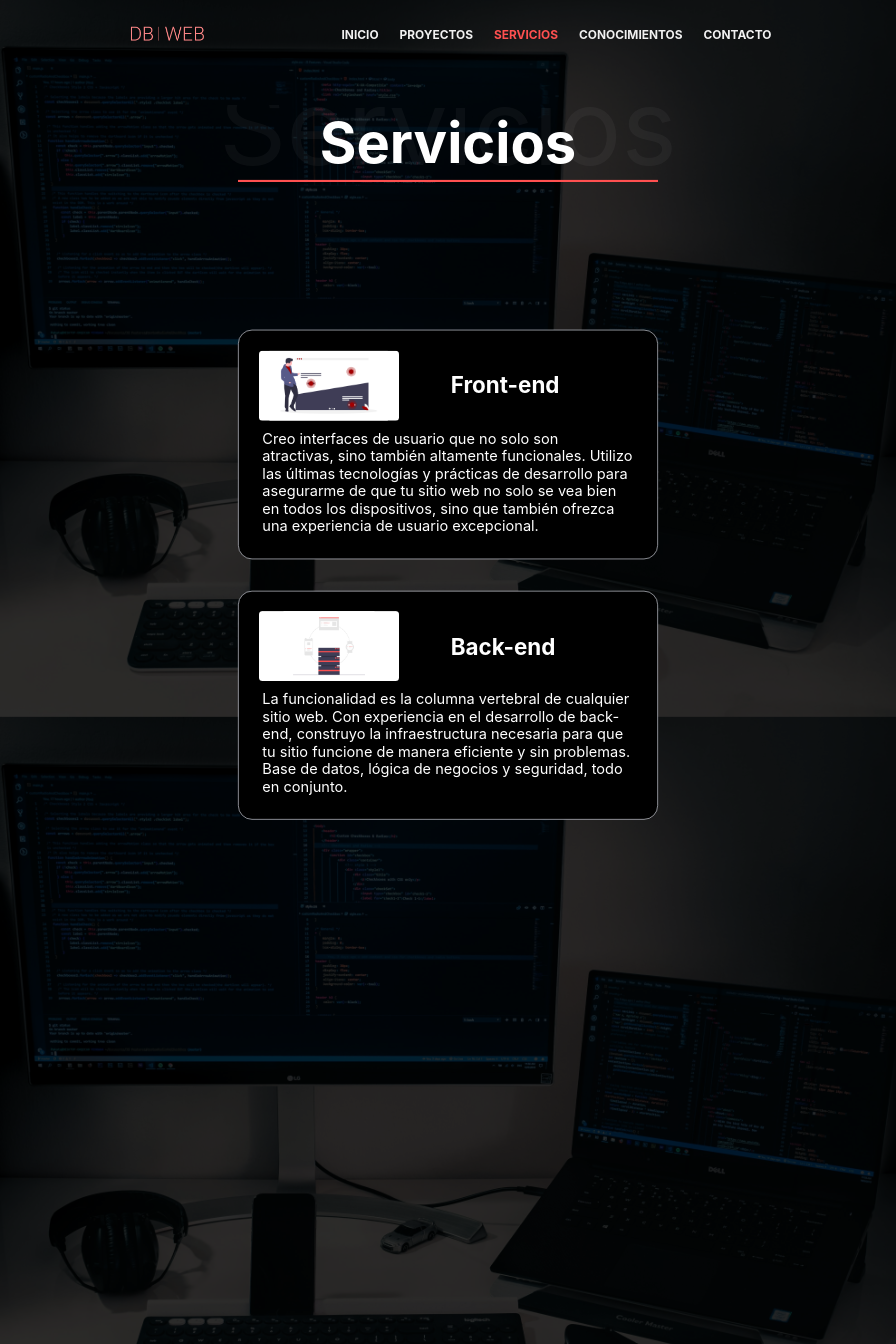
Repository: DamianBermudez94/DB-Porfolio
Page: /servicios
These files come from the project's save history. The page is drawn as it stood at one moment and after the next save; the edit follows.
The browser window is 1280 px wide. The pictures show the part of the page from y = 0 to 1920 px (the page is 2901 px tall before and 720 px after), at 70% of full size.
Backgrounds fixed to the window are drawn as part of the page. Some web libraries are served in a nearby version. The project was rebuilt for these pictures with package versions that can differ from the ones it lists, and the page was loaded fresh each time. Also part of the build but not shown: vite.config.js, src/components/TextoCustom/styles.css, src/components/TextoCustom/CustomText.jsx, src/components/Home/styles.css, src/components/Home/Home.jsx, src/pages/Inicio.jsx, src/components/Conocimientos/styles.css, src/components/Conocimientos/Conocimientos.jsx and 8 more.

Above is the page before, as saved 2024-04-02 09:28:29.

### index.html
<!DOCTYPE html>
<html lang="es">
  <head>
    <meta charset="utf-8" />
    <meta name="viewport" content="width=device-width, initial-scale=1" />
    <meta name="geo.position" content="-35.1853171; -59.1479442" />
    <link
      rel="icon"
      type="image/png"
      sizes="32x32"
      href="./public/image/icons-favicon-DB.png"
    />
    <link
      rel="apple-touch-icon"
      type="image/png"
      sizes="32x32"
      href="./public/image/icons-favicon-DB.png"
    />

    <link rel="manifest" href="./src/manifiesto.json" />
    <title>Damián Bermúdez - Developer</title>
    <meta name="author" content="Damián Bermúdez" />
    <meta
      name="description"
      content="Desarrollador Web Full Stack - Diseñador Web - Paginás Web - Damián Bermúdez"
    />
    <meta name="theme-color" content="#000000" />
    <!--Estilos-->
    <script
      src="https://kit.fontawesome.com/bdbed0aafa.js"
      crossorigin="anonymous"
    ></script>
    <link rel="preconnect" href="https://fonts.gstatic.com" />
    <link rel="preconnect" href="https://fonts.gstatic.com" />
    <link rel="preconnect" href="https://fonts.gstatic.com" />
    <link rel="preconnect" href="https://fonts.gstatic.com" />
    <link
      href="https://fonts.googleapis.com/css2?family=Raleway:wght@200;300&family=Roboto:wght@100;300&display=swap"
      rel="stylesheet"
    />
  </head>
  <body>
    <div id="root"></div>
    <script type="module" defer src="/src/main.jsx"></script>
  </body>
</html>

### src/main.jsx
import ReactDOM from "react-dom/client";

import App from "./App";
import "./index.css";
const root = ReactDOM.createRoot(document.getElementById("root"));
root.render(<App />);

### src/App.jsx
import { useState, useEffect } from "react";
import { MisRutas } from "./routers/MisRutas";
import { BrowserRouter } from "react-router-dom";
import backgroundImage from "../public/image/banner-parallax2.jpg";
import "./App.css";
function App() {
  const [scrollPosition, setScrollPosition] = useState(0);

  useEffect(() => {
    const handleScroll = () => {
      setScrollPosition(window.pageYOffset);
    };

    window.addEventListener("scroll", handleScroll);

    return () => {
      window.removeEventListener("scroll", handleScroll);
    };
  }, []);

  return (
    <main className="content-main parallax-container">
      <div
        className="parallax-background"
        style={{
          backgroundImage: `url(${backgroundImage})`,
          backgroundPositionY: scrollPosition / 2 + "px",
        }}
      />
      <div className="parallax-content">
        <BrowserRouter>
          <MisRutas />
        </BrowserRouter>
      </div>
    </main>
  );
}

export default App;

### src/index.css
* {
  margin: 0;
  padding: 0;
  box-sizing: border-box;
}
body {
  font-family: -apple-system, BlinkMacSystemFont, "Segoe UI", "Roboto", "Oxygen",
    "Ubuntu", "Cantarell", "Fira Sans", "Droid Sans", "Helvetica Neue",
    sans-serif;
  -webkit-font-smoothing: antialiased;
  -moz-osx-font-smoothing: grayscale;
}

### src/routers/MisRutas.jsx
import {Routes, Route } from "react-router-dom";

import { Inicio } from "../pages/Inicio";
import { Servicios } from "../pages/Servicios";
import { AcerdaDe } from "../pages/AcerdaDe";
import { Contacto } from "../pages/contacto";
import { Proyectos } from "../pages/Proyecto";
import { Error } from "../components/Error";
import { NavHeader } from "../components/header/NavHeader";
import { Footer } from "../components/Footer/Footer";

export const MisRutas = () => {
  return (
    <div className="layout">
      {/*Header y navegacion*/}
      <NavHeader />
      {/*Contenido general*/}

      <Routes>
        <Route path="/" element={<Inicio />} />
        <Route path="/inicio" element={<Inicio />} />
        <Route path="/servicios" element={<Servicios />} />
        <Route path="/conocimientos" element={<AcerdaDe />} />
        <Route path="/contacto" element={<Contacto />} />
        <Route path="/proyecto" element={<Proyectos />} />
        <Route path="*" element={<Error />} />
      </Routes>

      {/* Footer*/}
      <Footer />
    </div>
  );
};

### src/App.css
.parallax-container {
  position: relative;
  overflow: hidden;
  color: #fff;


}
.parallax-background {
  position: absolute;
  top: 0;
  left: 0;
  width: 100%;
  height: 100%;
  background-size: cover;
  background-position: center;
  background-attachment: fixed;

}
.parallax-content {
 /* Agregamos una transición para suavizar la animación */
  padding-top: 150px;
  background-color: rgba(0, 0, 0, 0.8);
  position: relative;
  z-index: 1; /* Asegura que el contenido esté sobre la imagen de fondo */
}

### src/pages/Servicios.jsx
import { Service } from "../components/Servicios/Service";

export const Servicios = () => {
  return (
    <section>
      <Service />
    </section>
  );
};

### src/components/header/NavHeader.jsx
import { useState, useEffect } from "react";
import { NavLink } from "react-router-dom";
import "./NavHeader.css";
import BurguerButton from "./burgerButton";

export const NavHeader = () => {
  const [clicked, setClicked] = useState(false);
  const [scrolled, setScrolled] = useState(false);
  const handleClick = () => {
    //cuando esta true lo pasa a false y vice versa
    setClicked(!clicked);
  };
  useEffect(() => {
    const handleScroll = () => {
      if (window.scrollY > 50) {
        setScrolled(true);
      } else {
        setScrolled(false);
      }
    };

    window.addEventListener("scroll", handleScroll);

    // Limpiar el event listener en el desmontaje del componente
    return () => {
      window.removeEventListener("scroll", handleScroll);
    };
  }, []);

  return (
    <header className={`header ${scrolled ? "scrolled" : ""}`}>
      <div className="nav-content">
        <div className="logo">
          <NavLink to="/inicio">
            <img
              src={"/image/Logo-DB.png"}
              alt="Damian Bermudez desarrollador web"
            ></img>
          </NavLink>
        </div>

        <BurguerButton
          className="btn-menu"
          clicked={clicked}
          handleClick={handleClick}
        />
        <nav className={`menu ${clicked ? "active" : ""}`}>
          <ul>
            <li>
              <NavLink
                to="/inicio"
                onClick={handleClick}
                className={({ isActive }) => (isActive ? "active" : "")}
              >
                Inicio
              </NavLink>
            </li>
            <li>
              <NavLink
                to="/proyecto"
                onClick={handleClick}
                className={({ isActive }) => (isActive ? "active" : "")}
              >
                proyectos
              </NavLink>
            </li>
            <li>
              <NavLink
                to="/servicios"
                onClick={handleClick}
                className={({ isActive }) => (isActive ? "active" : "")}
              >
                servicios
              </NavLink>
            </li>
            <li>
              <NavLink
                to="/conocimientos"
                onClick={handleClick}
                className={({ isActive }) => (isActive ? "active" : "")}
              >
                conocimientos
              </NavLink>
            </li>
            <li>
              <NavLink
                to="/contacto"
                onClick={handleClick}
                className={({ isActive }) => (isActive ? "active" : "")}
              >
                contacto
              </NavLink>
            </li>
          </ul>
        </nav>
      </div>
    </header>
  );
};

### src/components/Footer/Footer.jsx

import './Footer.css'
export const Footer = () => {
  return (
    <footer className="footer">
      <div className="contenedor-footer container">
          <div className="footer-redes__sociales">
              <a href="https://www.facebook.com" className="link-redes_sociales" ><i className="fab fa-facebook facebook"></i></a>
              <a href="https://www.instagram.com" className="link-redes_sociales" ><i className="fab fa-instagram instagran"></i></a>
              <a href="https://www.linkedin.com" className="link-redes_sociales" ><i className="fab fa-linkedin linkedin"></i></a>
              <a href="https:/www.github.com" className="link-redes_sociales" ><i className="fab fa-github-square github"></i></a>
          </div>
          <hr className='footer-linea__separacion' />
          <div className="footer-text">
              <p className="title-copy">Hecho por<a className="title-footer" href="https://damianbermudezdev.es/">DB|WEB</a></p>
          </div>
      </div>
    </footer>
  )
}

### src/components/header/NavHeader.css
.header {
  height: 80px;
  width: 100%;
  max-width: 1200px;
  display: flex;
  justify-content: space-around;
  align-items: center;
  position: fixed;
  top: 0;
  right: 0;
  left: 0;
  z-index: 1000;
  padding: 50px 20px;
margin: 0 auto;
  transition: background-color 0.5s ease;
}

/* Cambiar el fondo al hacer scroll */
.header.scrolled {
  background-color: rgba(83, 83, 83, 0.9);
  border-radius: 10px;
  display: flex;
  justify-content: center;
  align-items: center;
  position: fixed;

  margin: 0 auto;
}

.nav-content {
  width: 90%;
  height: 80px;
  margin: 0 auto;
  display: flex;
  justify-content: space-around;
  padding: 5px;
  align-items: center;
}
.header .logo img {
  width: 150px;
  height: 100px;
  object-fit: cover;
}

.header nav ul {
  display: flex;
  justify-content: center;
  align-items: center;
  list-style: none;
}
.header li {
  text-decoration: none;
  text-transform: uppercase;
  font-size: 17px;
  font-weight: bold;
  margin: 15px;
}
.header li a {
  text-decoration: none;
  transition: all 300ms;
  color: #f1f1f1;
}
.header .active,
.header a:hover {
  color: rgb(255, 80, 80);
}

.header .btn-menu {
  display: none;
}
@media screen and (max-width: 960px) {
  .header {
    max-width: 900px;
  }

  .header .logo img {
    width: 200px;
    height: 150px;
  }

  .menu {
    list-style-type: none;
    margin: 0;
    padding: 0;
    transform: translateY(-100%);
    transition: transform 0.5s ease-in-out;
    position: fixed;
    top: 150px;
    left: 0%;
    width: 100%;
    height: 100vh;
    width: 100%;
    display: flex;
    flex-direction: column;
    align-items: center;
    justify-content: center;
    height: 0;
    overflow: hidden;
    background-color: rgba(255, 255, 255, 0);
    backdrop-filter: blur(19px);
  }

  .menu.active {
    transform: translateY(0);
    width: 100%;
    height: 100vh;
    bottom: 10px;
    display: block;
    margin: 0 auto;
  }

  .menu ul {
    flex-direction: column;
    align-items: center;
    justify-content: center;
  }

  .menu li {
    width: 100%;
    margin: 10px auto;
    border-bottom: 1px solid rgb(255, 1, 1);
    margin: 10px 0;
    transform: translateY(-50px);
    opacity: 0;
    transition: transform 0.5s ease, opacity 0.5s ease;
  }
  .menu.active li {
    transform: translateY(0);
    opacity: 1;
    padding: 10px;
  }
  .menu a {
    text-decoration: none;
    color: #fff;
    font-size: 20px;
    transition: color 0.3s;
  }
  .menu a:hover {
    color: #ffd700;
  }
}
@media screen and (max-width: 480px) {
  .header {
    padding: 50px;

  }
  .header .logo img {
    width: 150px;
    height: 100px;
  }
}

### src/components/header/burgerButton.jsx
/* eslint-disable react/prop-types */

import styled from "styled-components";

function BurguerButton(props) {
  return (
    <Burguer>
      <div
        onClick={props.handleClick}
        className={`btn-menu nav-icon-5 ${props.clicked ? "open" : ""}`}
      >
        <span></span>
        <span></span>
        <span></span>
      </div>
    </Burguer>
  );
}

export default BurguerButton;

const Burguer = styled.div`
  /* nav-icon-5 */
  .nav-icon-5 {
    width: 35px;
    height: 30px;
    position: relative;
    cursor: pointer;
    display: flex;
    margin: 25px auto;
  }
  .nav-icon-5 span {
    background-color: #fff;
    position: absolute;
    border-radius: 2px;
    transition: 0.3s cubic-bezier(0.8, 0.5, 0.2, 1.4);
    width: 100%;
    height: 4px;
    transition-duration: 500ms;
  }
  .nav-icon-5 span:nth-child(1) {
    top: 0px;
    left: 0px;
  }
  .nav-icon-5 span:nth-child(2) {
    top: 13px;
    left: 0px;
    opacity: 1;
  }
  .nav-icon-5 span:nth-child(3) {
    bottom: 0px;
    left: 0px;
  }
  .nav-icon-5:not(.open):hover span:nth-child(1) {
    transform: rotate(-3deg) scaleY(1.1);
  }
  .nav-icon-5:not(.open):hover span:nth-child(2) {
    transform: rotate(3deg) scaleY(1.1);
  }
  .nav-icon-5:not(.open):hover span:nth-child(3) {
    transform: rotate(-4deg) scaleY(1.1);
  }
  .nav-icon-5.open span:nth-child(1) {
    transform: rotate(45deg);
    top: 13px;
  }
  .nav-icon-5.open span:nth-child(2) {
    opacity: 0;
  }
  .nav-icon-5.open span:nth-child(3) {
    transform: rotate(-45deg);
    top: 13px;
  }
  @media screen and (min-width: 960px) {
    .btn-menu {
      display: none;
    }
  }
`;

### src/components/Footer/Footer.css
.footer {
  min-height: 120px;
  line-height: 7px;
  text-align: center;
  font-size: 22px;
  padding: 45px;
  background-color: #212121;
}

.contenedor-footer {
  display: flex;
  flex-direction: column;
  justify-content: center;
  align-content: center;
  margin: 0 auto;
  padding: 20px;
}
.footer-text {
  display: flex;
  justify-content: center;
  align-items: center;
  padding: 10px;
  margin-top: 20px;
}
.title-copy {
  text-align: center;
  font-size: 26px;
  font-weight: 300;
}
.title-footer {
  text-decoration: none;
  color: rgb(252, 136, 136);
  margin-left: 5px;
}
.footer-linea__separacion{
  height: 1px;
  width: 100%;
  max-width: 700px;
  margin: 0 auto;


}
body.dark .title-copy {
  color: #f1f1f1;
}

.footer-redes__sociales {
  display: flex;
  justify-content: center;
  align-items: center;
  text-align: center;
  margin-bottom: 10px;
}
.link-redes_sociales {
  text-decoration: none;
  width: 50px;
  height: 50px;
  margin: 10px;
  color: rgb(255, 255, 255);
  background-color: rgb(28, 28, 28);
  border-radius: 10px;
  text-align: center;
  position: relative;
  transition: transform 0.4s;
  font-size: 26px;
  padding: 4px;
}
.link-redes_sociales:hover {
  transform: rotate(45deg);
}
.link-redes_sociales::before {
  content: "";
  position: absolute;
  width: 100%;
  height: 100%;
  opacity: 0;
  background-color: #373737;
  border-radius: 10px;
  transition: opacity 0.2s;
}
.link-redes_sociales:hover::before {
  opacity: 0.4;
}
.link-redes_sociales:nth-child(1)::before {
  background-color: rgb(255, 80, 80);
}
.link-redes_sociales:nth-child(2)::before {
  background-color: rgb(255, 80, 80);
}
.link-redes_sociales:nth-child(3)::before {
  background-color: rgb(255, 80, 80);
}
.link-redes_sociales:nth-child(4)::before {
  background-color: rgb(255, 80, 80);
}

.link-redes_sociales:hover::before {
  transform: translate(-4px, -4px);
  filter: blur(10px);
}

.link-redes_sociales i {
  font-size: 1.7em;
  transition: all 0.4s;
}
.link-redes_sociales:hover i {
  color: #f1f1f1;
  transform: rotate(-45deg);
}

body.dark .redes-sociales i {
  color: #f1f1f1;
}

### src/components/Servicios/styles.css
/**--Mis Servicios--**/
.section-servicios {
  width: 100%;
  padding: 0;
  margin: 0;

  overflow: hidden;
}
.title-servicios {
  width: 100%;
  max-width: 600px;
  font-size: 80px;
  margin: auto;
  text-align: center;
  padding: 5px;
  color: rgb(255, 255, 255);
  border-bottom: 3px solid rgb(255, 80, 80);
}
.sub-title__servicios {
  display: flex;
  justify-content: center;
  width: 100%;
  position: relative;
  opacity: 0.04;
  font-size: 150px;
  top: -170px;
  color: rgb(255, 255, 255);
  margin: 0 auto;
}
.container-card_servicios {
  width: 100%;
  max-width: 1000px;
  display: grid;
  grid-template-columns: repeat(2, 1fr);
  padding: 5px;
  gap: 25px;
  margin: 0 auto;
}

.card {
  max-width: 600px;
  border-radius: 20px;
  margin: 20px auto;
  background-color: rgb(0, 0, 0);
  position: relative;
  padding: 1.8rem;
  border: 1px solid #c3c6ce;
  transition: 0.5s ease-out;
  cursor: pointer;
}

.card-details {
  display: grid;
  gap: 0.5em;
  grid-template-columns: repeat(2, 1fr);
  align-items: center;
  color: #fff;
  margin: 0 auto;
}
.card-details img {
  width: 200px;
  height: 100px;
object-fit: contain;
  background-color: #fff;
  color: #fff;
  border-radius: 5px;
}

.text-title {
  font-size: 2em;
}
.text-body {
  grid-column: span 2;
  color: #fff;
  font-size: 1.3em;
  padding: 5px;
}

.card:hover {
  border-color: #fa9484;
  box-shadow: 0 4px 18px 0 rgba(250, 82, 82, 0.2);
}

.card:hover .card-button {
  transform: translate(-50%, 50%);
  opacity: 1;
}

.card-button {
  transform: translate(-50%, 125%);
  width: 60%;
  text-decoration: none;
  border-radius: 1rem;
  border: none;
  background-color: rgb(255, 80, 80);
  color: #fff;
  font-size: 1.3rem;
  text-align: center;
  padding: 0.5rem 1rem;
  position: absolute;
  left: 50%;
  bottom: 0;
  opacity: 0;
  transition: 0.3s ease-out;
}
.card-button:hover {
  background-color: rgb(255, 255, 255);
  color: #fa9484;
  border: 1px solid rgb(255, 80, 80);
}
/**--- Estilos Scrol --- **/

.scroll-reveal-derecha {
  opacity: 0;
  transform: translateX(80px);
  transition: opacity 0.8s ease, transform 0.8s ease;
}

.scroll-reveal-derecha.visible {
  opacity: 1;
  transform: translateX(0);
}
.scroll-reveal-izquierda {
  opacity: 0;
  transform: translateX(-80px);
  transition: opacity 0.8s ease, transform 0.8s ease;
}
.scroll-reveal-izquierda.visible {
  opacity: 1;
  transform: translateX(0);
}

/**--- Responsive Mis-Servivios**/

@media (max-width: 1380px) {
  .card {
    margin: 10px auto;
  }
  .container-card_servicios {
    width: 100%;
    grid-template-columns: repeat(1, 1fr);
    justify-content: center;
    margin: 0 auto;
    padding: 20px;
  }
}

@media (max-width: 767px) {
  .card-details {
    grid-template-columns: repeat(1, 1fr);
    justify-items: center;
  }
  .card-details p {
    grid-column: span 1;
  }
  .title-servicios {
    font-size: 50px;
    max-width: 400px;
    margin: auto;
    text-align: center;
    padding: 5px;
    color: rgb(255, 255, 255);
    border-bottom: 3px solid rgb(255, 80, 80);
  }
  .sub-title__servicios {
    font-size: 90px;
    top: -100px;
    color: rgb(253, 214, 214);
  }
}
@media (max-width: 480px) {
  .title-servicios {
    font-size: 35px;
    max-width: 300px;
  }
}

### src/components/Error.jsx
export const Error = () => {
  return (
    <div>
      <h1>Error( 404 )pagina no encontrada</h1>
    </div>
  );
};

Loaded but not shown: src/components/Servicios/Service.jsx (169 lines, source omitted)

After the next save:
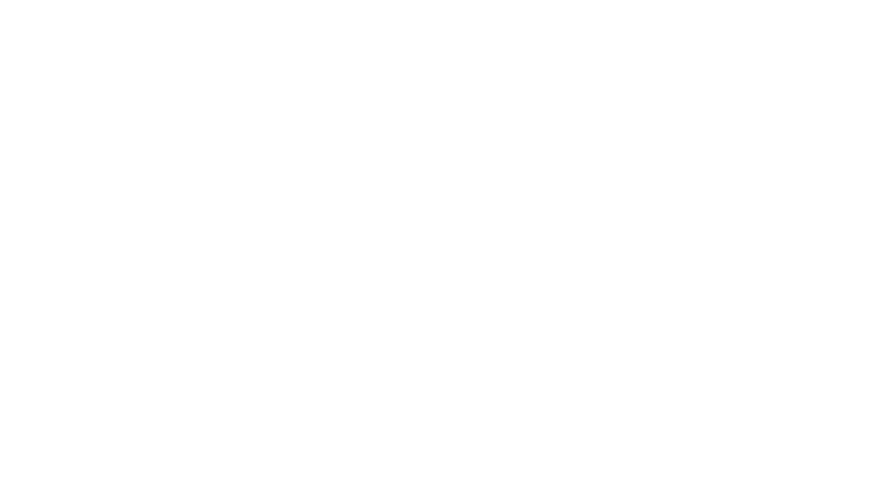
Console error (its wording comes from the project's code and is left out).
Saved 32 s later.
--- a/src/pages/Servicios.jsx
+++ b/src/pages/Servicios.jsx
@@ -1,4 +1,4 @@
-import { Service } from "../components/Servicios/Service";
+/*import { Service } from "../components/Servicios/Service";
 
 export const Servicios = () => {
   return (
@@ -6,4 +6,4 @@ export const Servicios = () => {
       <Service />
     </section>
   );
-};
+};*/

After the save that followed:
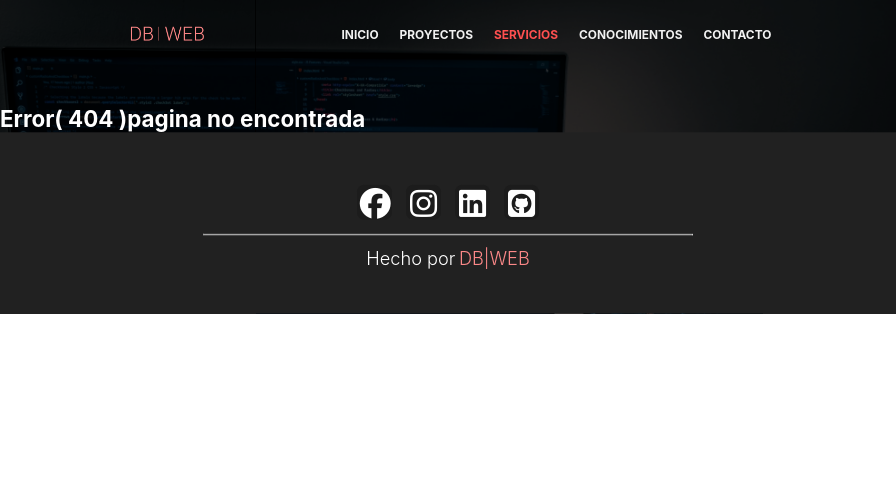
The error is gone.
Saved 18 s later.
--- a/src/routers/MisRutas.jsx
+++ b/src/routers/MisRutas.jsx
@@ -1,7 +1,7 @@
 import {Routes, Route } from "react-router-dom";
 
 import { Inicio } from "../pages/Inicio";
-import { Servicios } from "../pages/Servicios";
+/*import { Servicios } from "../pages/Servicios";*/
 import { AcerdaDe } from "../pages/AcerdaDe";
 import { Contacto } from "../pages/contacto";
 import { Proyectos } from "../pages/Proyecto";
@@ -19,7 +19,6 @@ export const MisRutas = () => {
       <Routes>
         <Route path="/" element={<Inicio />} />
         <Route path="/inicio" element={<Inicio />} />
-        <Route path="/servicios" element={<Servicios />} />
         <Route path="/conocimientos" element={<AcerdaDe />} />
         <Route path="/contacto" element={<Contacto />} />
         <Route path="/proyecto" element={<Proyectos />} />
